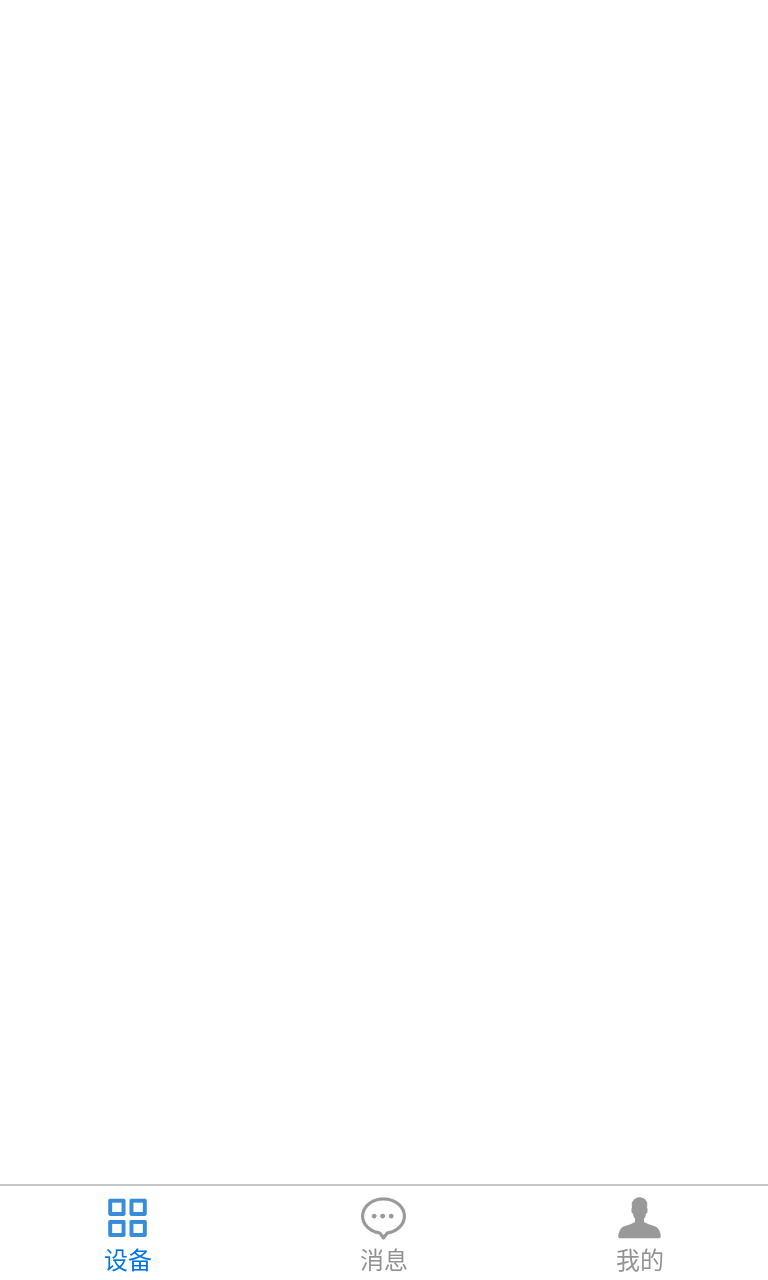
Repository: smli123/10AVTest
Layout: SmartLockEx/res/layout/activity_viewpager.xml
The author's editor kept a copy of each file at every save. The layout is drawn from the files as they stood at one save, then again after the next save.
It is drawn on a 768 x 1280 px phone screen (xhdpi) without system bars, with theme AppTheme; the app's code is not run. Lists and similar views that code fills are empty.

Above is the layout before, as saved 2018-09-07 08:17:09.

After the next save:
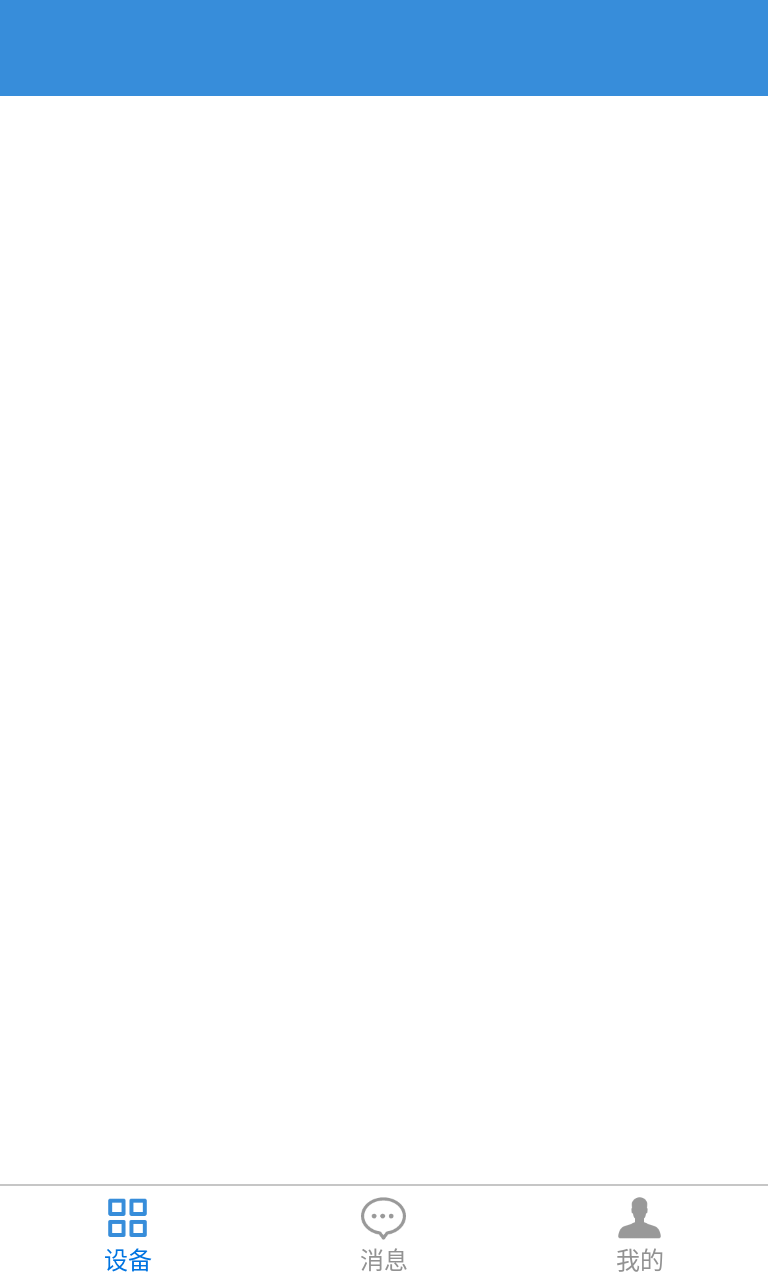
Saved 5 min 11 s later.
--- a/SmartLockEx/res/layout/activity_viewpager.xml
+++ b/SmartLockEx/res/layout/activity_viewpager.xml
@@ -4,6 +4,12 @@
     android:layout_height="match_parent"
     android:background="@color/white"
     android:orientation="vertical" >
+
+    <include
+       android:id="@+id/commontitlebar"
+       android:layout_width="match_parent"
+       android:layout_height="wrap_content"
+       layout="@layout/view_common_titlebar"/>
 
     <android.support.v4.view.ViewPager
         android:id="@+id/vg_tab_pager"
